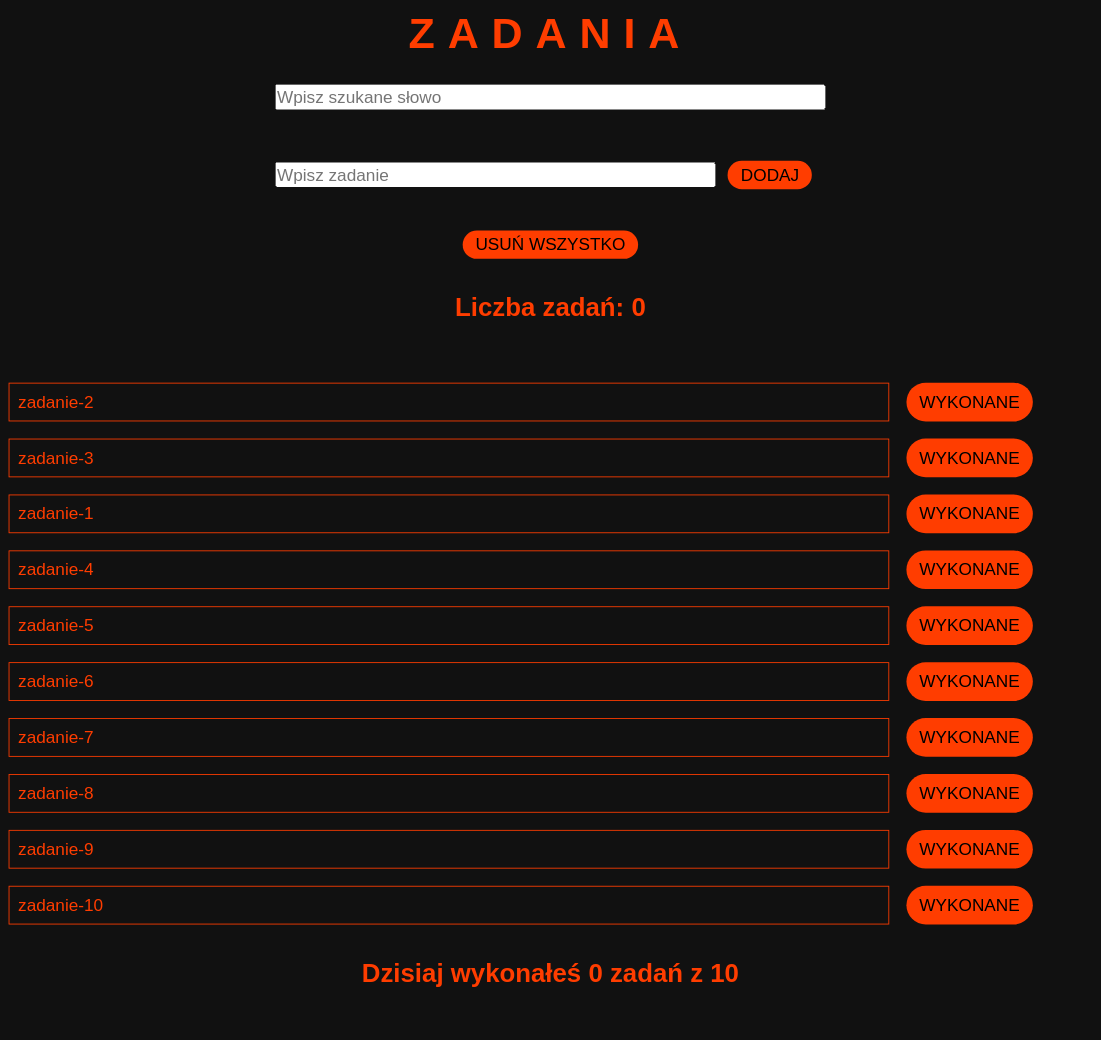
Repository: RobertDsr/To-Do-List
Page: index.html
An editor plug-in stored every save of this project. The page is shown before and after a run of saves, followed by the edit.
The browser window is 1280 px wide. The pictures show the whole page, at 86% of full size.
The style sheet was rebuilt from its Sass, Less or Tailwind sources for each picture, by a compiler version that may differ from the author's.

Above is the page before, as saved 2022-01-06 08:32:10.

After the next 3 saves:
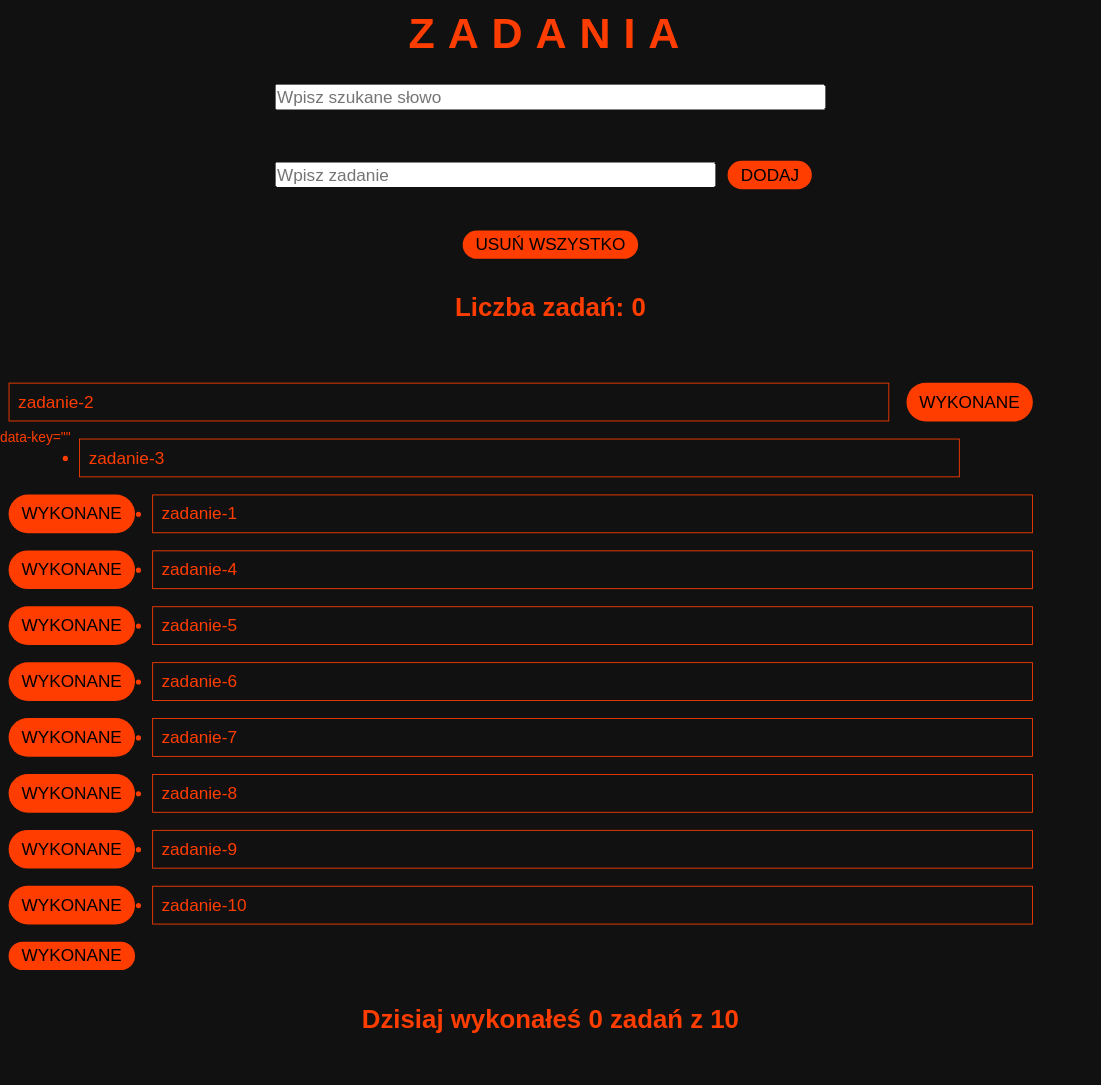
The 3 saves are shown as one change because they came seconds apart.
The last was saved 12 s later.
--- a/index.html
+++ b/index.html
@@ -20,26 +20,26 @@
         <button class="btn btn--large">USUŃ WSZYSTKO</button>
         <h2 class="title-count-task">Liczba zadań: <span class="count-task">0</span></h2>
             <ul class="list">
-                <li  class="list__item">zadanie-2</li>
-                <button  class="btn btn--medium">WYKONANE</button>
-                <li  class="list__item">zadanie-3</li>
-                <button  class="btn btn--medium">WYKONANE</button>
-                <li  class="list__item">zadanie-1</li>
-                <button  class="btn btn--medium">WYKONANE</button>
-                <li  class="list__item">zadanie-4</li>
-                <button  class="btn btn--medium">WYKONANE</button>
-                <li  class="list__item">zadanie-5</li>
-                <button  class="btn btn--medium">WYKONANE</button>
-                <li  class="list__item">zadanie-6</li>
-                <button  class="btn btn--medium">WYKONANE</button>
-                <li  class="list__item">zadanie-7</li>
-                <button  class="btn btn--medium">WYKONANE</button>
-                <li  class="list__item">zadanie-8</li>
-                <button  class="btn btn--medium">WYKONANE</button>
-                <li  class="list__item">zadanie-9</li>
-                <button  class="btn btn--medium">WYKONANE</button>
-                <li  class="list__item">zadanie-10</li>
-                <button  class="btn btn--medium">WYKONANE</button>
+                <li data-key="" class="list__item">zadanie-2</li>
+                <button data-key="" class="btn btn--medium">WYKONANE</button> data-key=""
+                <li data-key="" class="list__item">zadanie-3</li>
+                <button data-key="" class="btn btn--medium">WYKONANE</button>
+                <li data-key="" class="list__item">zadanie-1</li>
+                <button data-key="" class="btn btn--medium">WYKONANE</button>
+                <li data-key="" class="list__item">zadanie-4</li>
+                <button data-key="" class="btn btn--medium">WYKONANE</button>
+                <li data-key="" class="list__item">zadanie-5</li>
+                <button data-key="" class="btn btn--medium">WYKONANE</button>
+                <li data-key="" class="list__item">zadanie-6</li>
+                <button data-key="" class="btn btn--medium">WYKONANE</button>
+                <li data-key="" class="list__item">zadanie-7</li>
+                <button data-key="" class="btn btn--medium">WYKONANE</button>
+                <li data-key="" class="list__item">zadanie-8</li>
+                <button data-key="" class="btn btn--medium">WYKONANE</button>
+                <li data-key="" class="list__item">zadanie-9</li>
+                <button data-key="" class="btn btn--medium">WYKONANE</button>
+                <li data-key="" class="list__item">zadanie-10</li>
+                <button data-key="" class="btn btn--medium">WYKONANE</button>
             </ul>
         <h2 class="title-count-task">Dzisiaj wykonałeś <span class="count-task">0</span> zadań z <span
                 class="count-task">10</span></h2>
